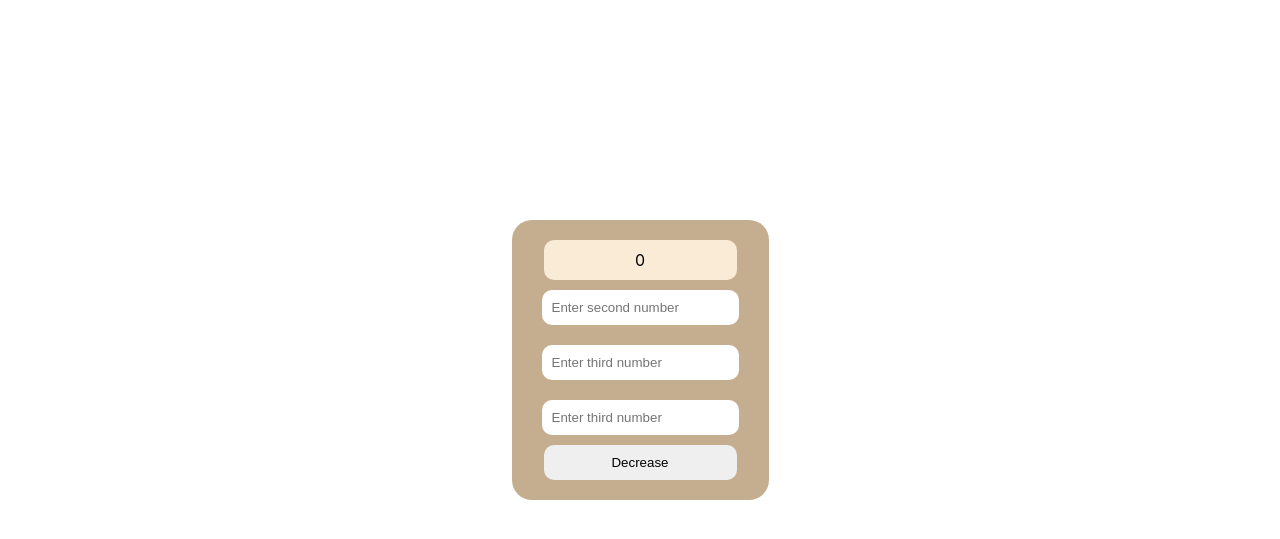
Repository: purnimapatel/SI-calculator
Page: /
An editor plug-in stored every save of this project. The page is shown before and after the next save, followed by the edit.
The browser window is 1280 px wide. The pictures show the whole page.
The project was rebuilt for these pictures with package versions that can differ from the ones it lists, and the page was loaded fresh each time.

Above is the page before, as saved 2024-08-26 11:42:44.

### src/App.jsx
import logo from './logo.svg';
import './App.css';
import { useState } from 'react';

function App() {
  const[rate, setRate]=(useState(''));
  const[principle, setPrinciple]=(useState());
  const[time, setTime]=(useState(''));
  const[res, setRes]=(useState(0));
  return(

    <div className="container">
    <div className="container1">
    <div className="result">
    {res}
    </div>


    <input
        type="number"
        id = "field"
        value={rate}
        onChange={(e) => setRate(Number(e.target.value))}
        placeholder="Enter second number"
      />
      <input
        type="number"
        id="field"
        value={principle}
        onChange={(e) => setPrinciple(Number(e.target.value))}
        placeholder="Enter third number"
      />
      <input
        type="number"
        id = "field"
        value={time}
        onChange={(e) => setTime(Number(e.target.value))}
        placeholder="Enter third number"
      />
    <button className='btn' onClick={result}>Decrease</button>
    </div>
    </div>

  )
  function result(){

    setRate('');
    setPrinciple('');
    setTime('');
    setRes((rate*principle*time)/100)

}




}


export default App;

### src/App.css
.App {
  text-align: center;

}
.container{
  display: flex;
  justify-content: center;
  align-items:center;
  height:100vh;

}
.container1{

  background-color:rgb(197, 174, 144);
  display:flex;
  text-align: center;
  flex-direction: column;
  justify-content: center;
  height: auto;
  width:auto;
  padding:20px;
  border-radius: 20px;

}
.result{
  display: flex;
  text-align: center;
  justify-content: center;
  margin:0px 12px;
  padding:10px 0px;
  background-color:antiquewhite;
  border-radius:10px;

}
input[type=number]::-webkit-outer-spin-button,
input[type=number]::-webkit-inner-spin-button {
    -webkit-appearance: none;
    margin: 0;
}

/* Remove the spinner in Firefox */
input[type=number] {
    -moz-appearance: textfield;
}
#field{
  margin:10px;
  padding:10px;
  border-radius:10px;
  border:none;
}
.btn{
  margin:0px 12px;
  padding:10px 25px;
  border:none;
  border-radius: 10px;
}

Loaded but not shown: public/index.html (common file); src/index.js (common file); src/index.css (common file); src/reportWebVitals.js (common file)

After the next save:
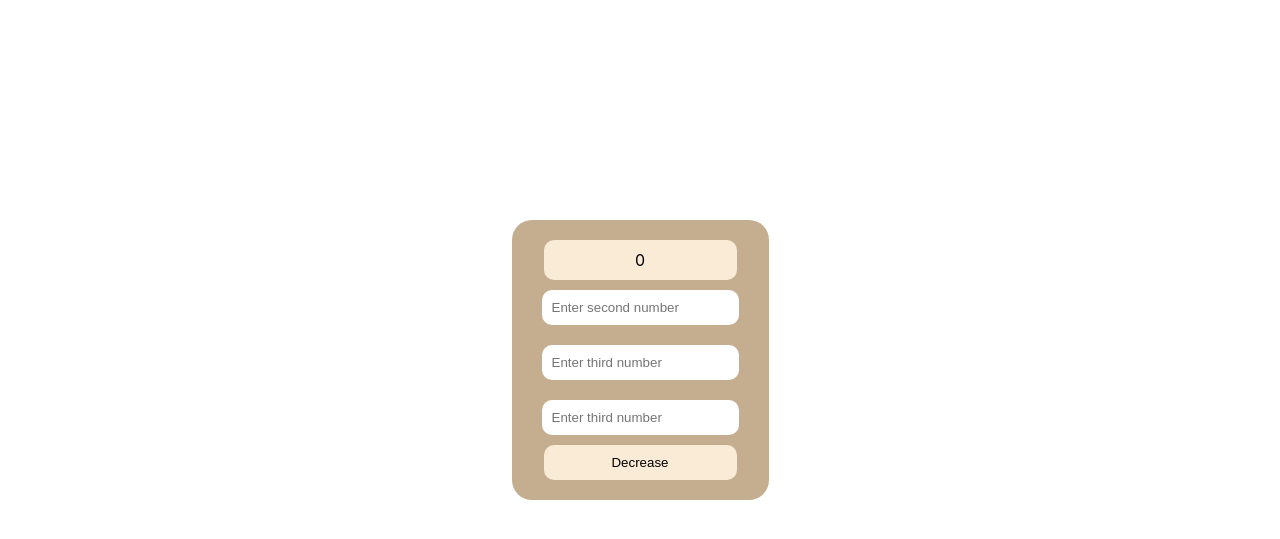
Saved 36 s later.
--- a/src/App.css
+++ b/src/App.css
@@ -53,4 +53,5 @@ input[type=number] {
   padding:10px 25px;
   border:none;
   border-radius: 10px;
+  background-color:antiquewhite;
 }
